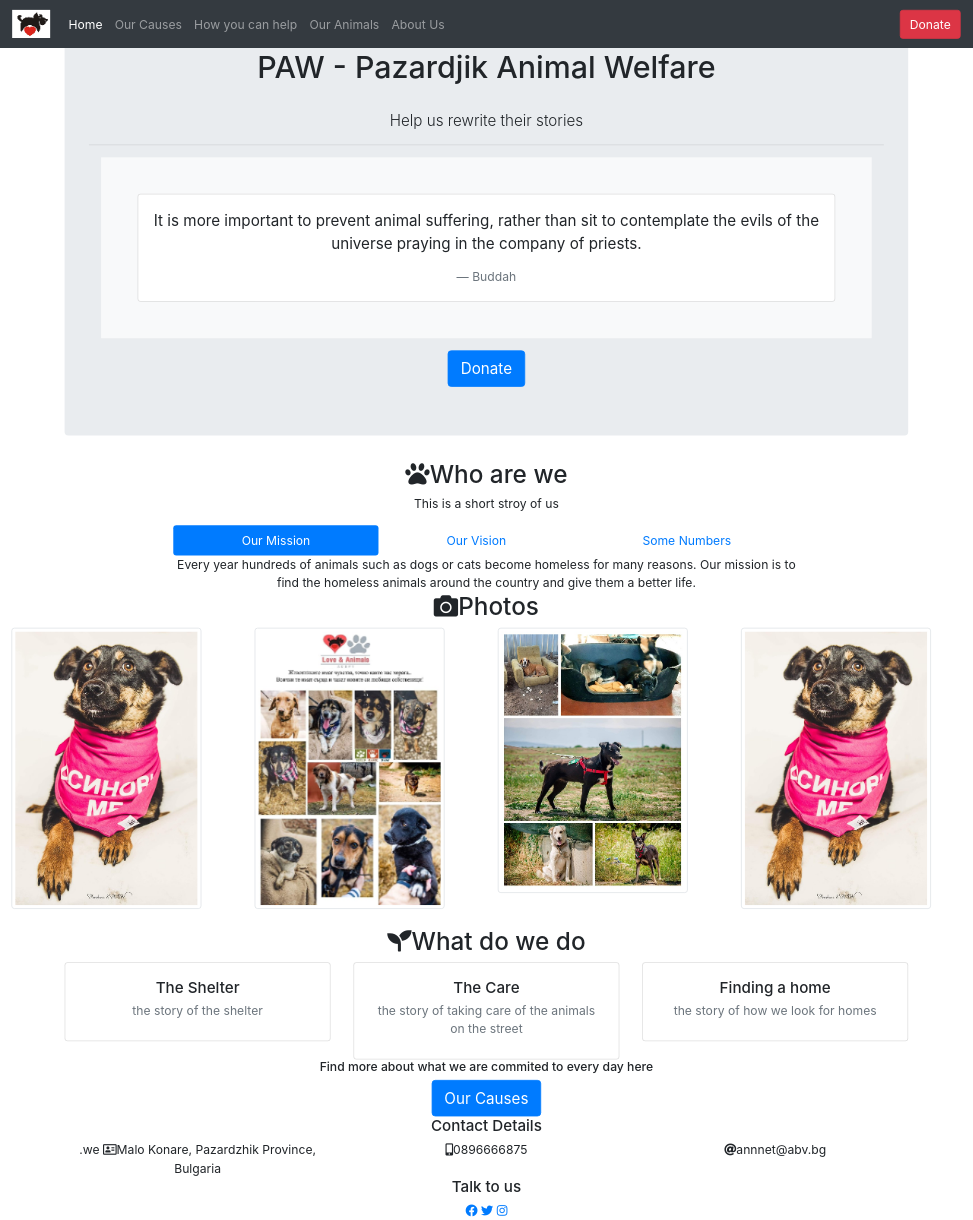
Repository: Naity17/PAW-first-website
Page: How-you-can-help.html
The author's editor kept a record of every edit. The page is drawn from the files as they stood at one moment, then again after the next edit.
The browser window is 1280 px wide. The pictures show the whole page, at 76% of full size.
Some web libraries are served in a nearby version.

Above is the page before.
Console error: TypeError: Cannot read properties of undefined (reading 'fn')

After the next edit:
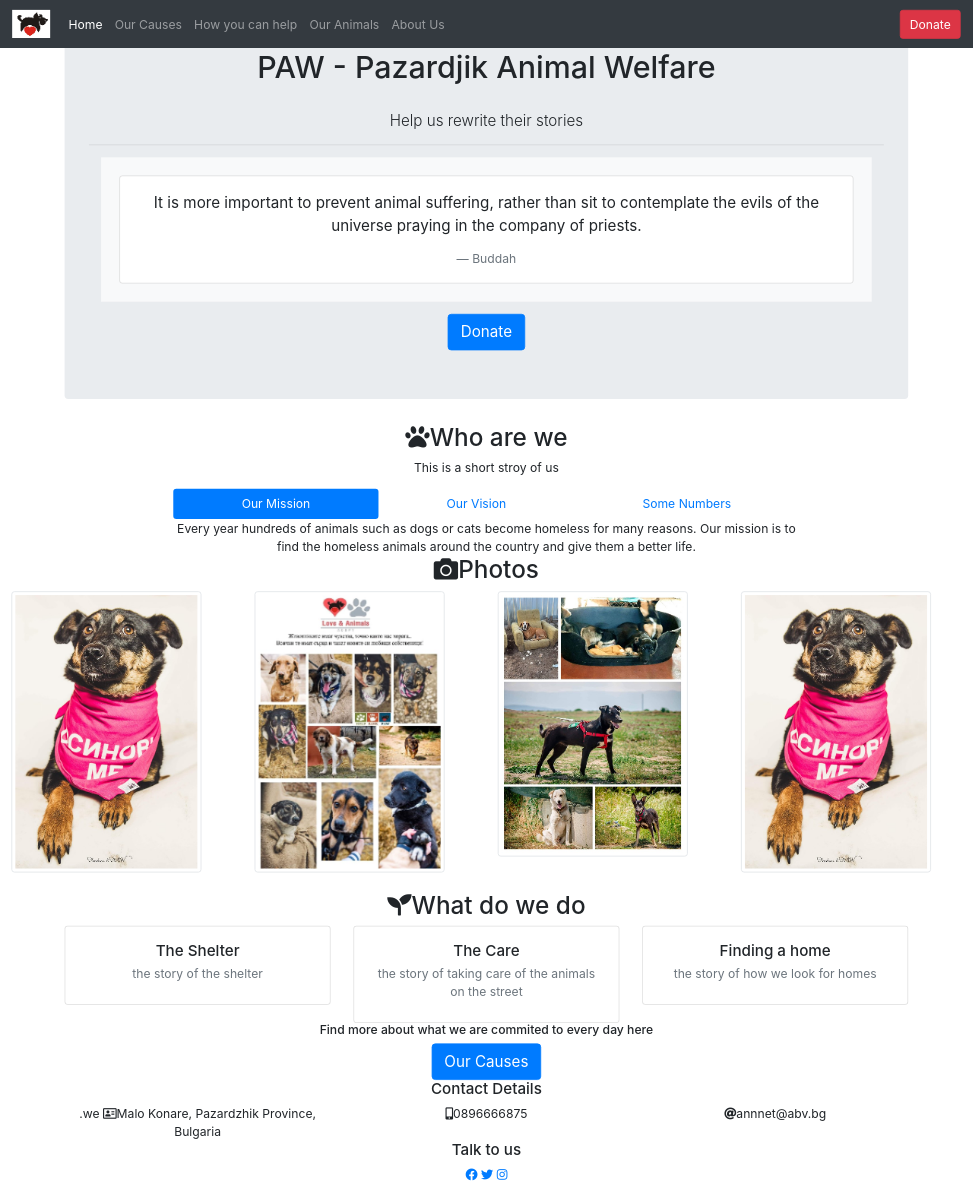
The edit:
--- a/How-you-can-help.html
+++ b/How-you-can-help.html
@@ -49,23 +49,24 @@
     <!-- ---------------Jumbotron-------------- -->
     <section class="main">
         <div class="container main">
-        <div class="jumbotron text-center">
-            <div class="contaier-fluid">
-                <h1 class="uppercase">PAW - Pazardjik Animal Welfare</h1>
-                <br>
-                <p class="lead">Help us rewrite their stories</p>
-                <hr class="my-3">
-                <div class="position-relative overflow-hidden p-3 p-md-5 m-md-3 text-center bg-light">
-                    <div class="card">
-                        <div class="card-body">
-                            <blockquote class="blockquote mb-0">
-                                <p>It is more important to prevent animal suffering, rather than sit to contemplate the evils of the universe praying in the company of priests.</p>
-                                <footer class="blockquote-footer">Buddah</footer>
-                            </blockquote>
-                        </div>
-                    </div>
-                </div>
-                <a class="btn btn-primary btn-lg" href="#" role="button">Donate</a>
+            <div class="jumbotron text-center">
+                <div class="contaier-fluid">
+                    <h1 class="uppercase">PAW - Pazardjik Animal Welfare</h1>
+                    <br>
+                    <p class="lead">Help us rewrite their stories</p>
+                    <hr class="my-3">
+                    <div class="position-relative overflow-hidden p-3 p-md-4 m-md-3 text-center bg-light">
+                        <div class="card">
+                            <div class="card-body">
+                                <blockquote class="blockquote mb-0">
+                                    <p>It is more important to prevent animal suffering, rather than sit to contemplate the evils of the universe praying in the company of priests.</p>
+                                    <footer class="blockquote-footer">Buddah</footer>
+                                </blockquote>
+                            </div>
+                        </div>
+                    </div>
+                    <a class="btn btn-primary btn-lg" href="#" role="button">Donate</a>
+                </div>
             </div>
         </div>
     </section>
